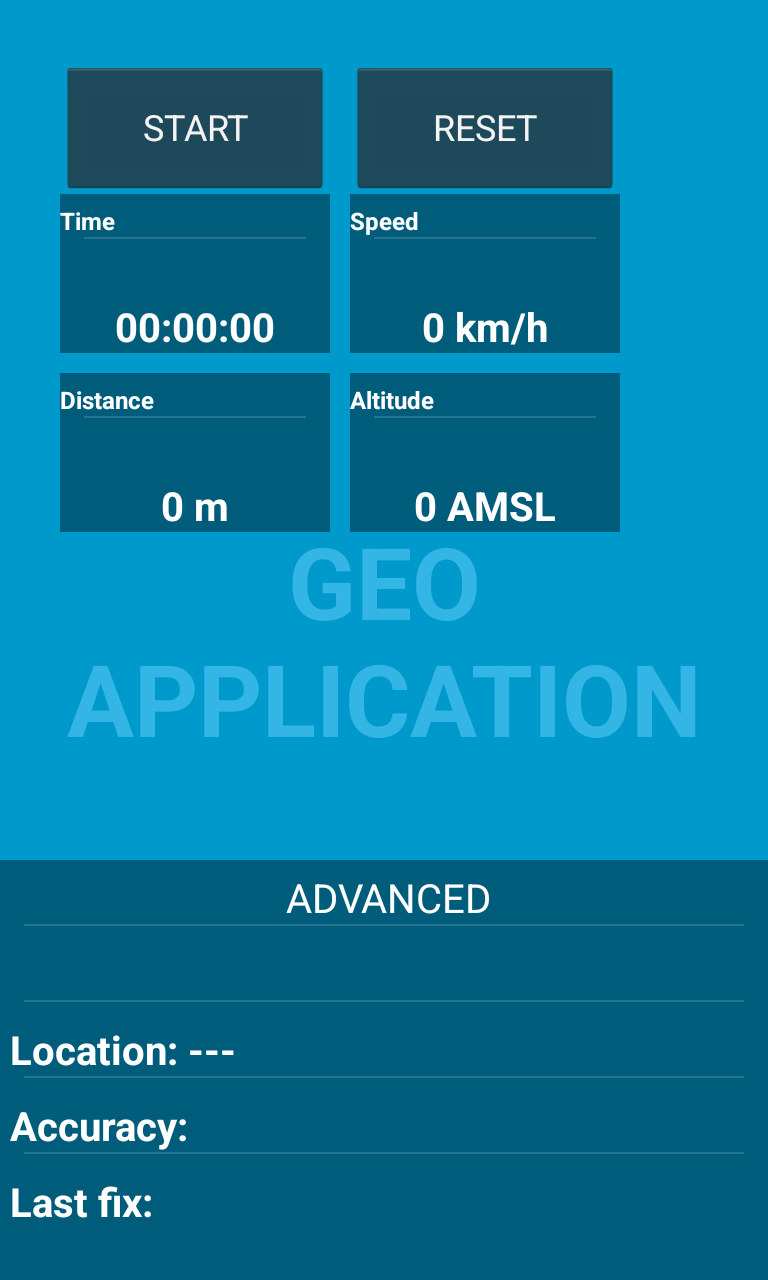
Repository: sebastianR1001/GeoApplication
Layout: GeoApplication/res/layout/activity_fullscreen.xml
The author's editor kept a copy of each file at every save. The layout is drawn from the files as they stood at one save, then again after the next save.
It is drawn on a 768 x 1280 px phone screen (xhdpi) without system bars, with theme FullscreenTheme; the app's code is not run.

Above is the layout before, as saved 2014-10-24 18:23:30.

After the next save:
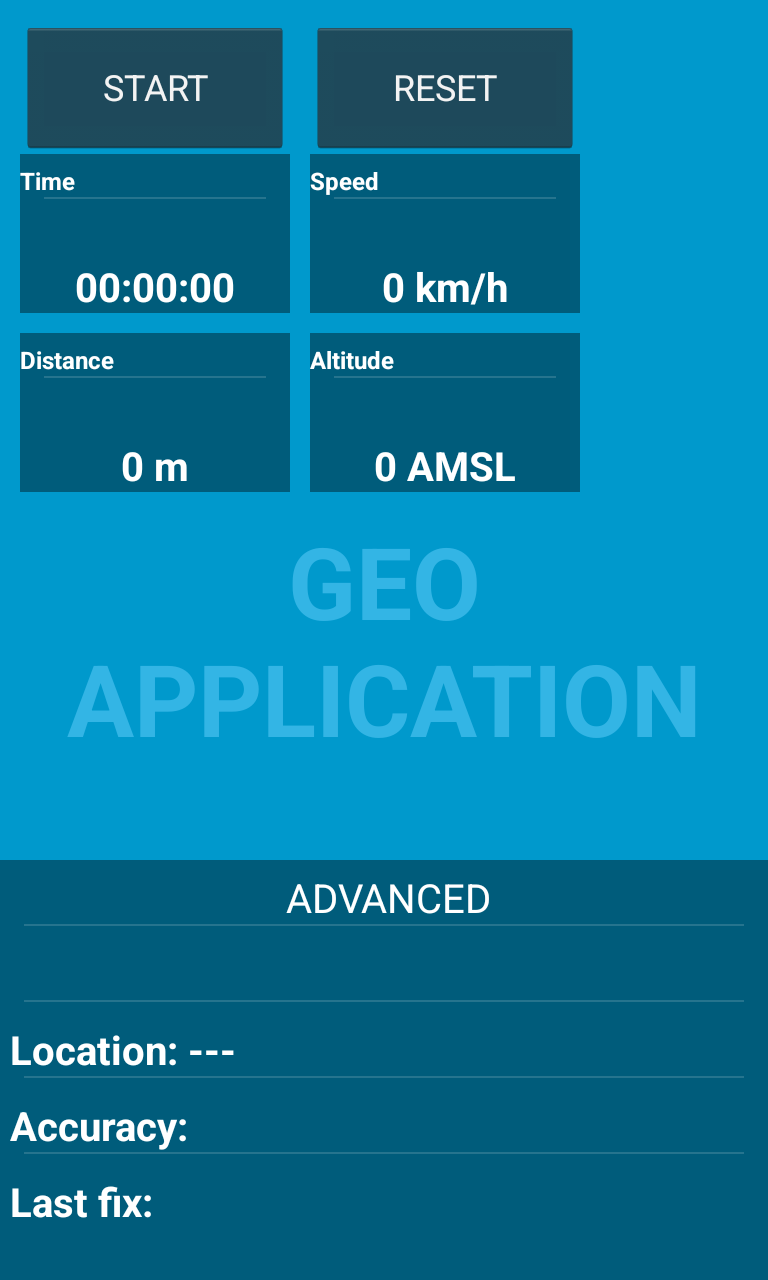
Saved 25 s later.
--- a/GeoApplication/res/layout/activity_fullscreen.xml
+++ b/GeoApplication/res/layout/activity_fullscreen.xml
@@ -25,7 +25,8 @@
      <TableLayout
         android:layout_width="wrap_content"
         android:layout_height="wrap_content"
-        android:layout_margin = "30dp">
+        android:layout_marginTop="10dp"
+        android:layout_marginLeft="10dp"  >
 
          <TableRow
             android:id="@+id/tableRow0"
